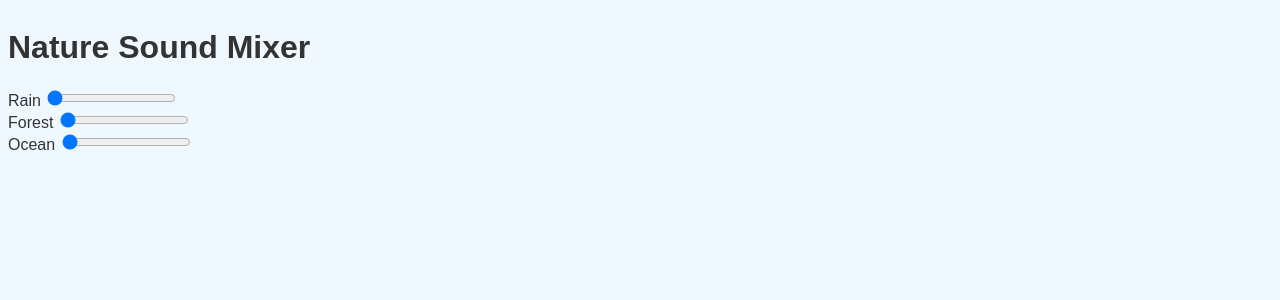
Repository: Suonii/nature-sound-mixer
Page: index.html
An editor plug-in stored every save of this project. The page is shown before and after a run of saves, followed by the edit.
The browser window is 1280 px wide. The pictures show the whole page.

Above is the page before, as saved 2024-07-24 09:54:46.

### index.html
<!DOCTYPE html>
<!-- Declares the document type and version of HTML-->
<html lang="en">
<!-- Sets the language attribute to english-->
<head>
    <!--sets the character encoding for the document UTF-8-->
    <meta charset="UTF=8">
    <!--ensures the page is responsive to different screen sizes and sets the viewport(the visible area of a webpage)-->
    <meta name="viewport" content="width=device-width, initial-scale=1.0">
    <!--the title of the webpage, displayed in the browser tab-->
    <title>Nature Sound Mixer</title>
    <!--links to the external css file for styling the webpage-->
    <link rel="stylesheet" href="styles.css">

</head>
<body>
    <!--The main container for te content of the web page-->
    <div class="container">
        <!--header title for the nature sound mixer-->
        <h1>Nature Sound Mixer</h1>

        <!--sound control section for rain sound-->
        <div class="sound control" id="rain">
            <!--label for the rain volume slider-->
            <label for="rain-slider">Rain</label>
            <!--Range input slider for controlling rain sound volume-->
            <input type="range" min="0" max="1" step="0.01" value="0" class="volume-slider" id="rain-slider">
    </div>

    <!--sound control section for forest sound-->
    <div class="sound-control" id="forest">
        <!--label for the forest volume slider-->
        <label for="forest-slider">Forest</label>
        <!--Range input slider for controlling forest sound volume -->
        <input type="range" min="0" max="1" step="0.01" value="0" class="volume-slider" id="forest-slider">
    </div>

    <!--sound control section for ocean sound-->
    <div class=" sound-control" id="ocean">
        <!--label for the volume slider-->
        <label for="ocean-slider">Ocean</label>
        <!--range input slider for controlling ocean sound volume-->
        <input type="range" min="0" max="1" step="0.01" value="0" class="volume-slider" id="ocean-slider">
    </div>
</div>
<!--links to the external javascript file for adding functionality-->
<script src="script.js"></script>
</body>
</html>

### styles.css
/*basic styling for the body element*/
body {
    /*sets the font family for the body text*/
    font-family: Arial, sans-serif;
    /*background color of the page*/
    background-color: #f0f8ff;
    /*text color for the page*/
    color: #333;
    /* centers the container vertically and horizontally*/
    display: flex;
    justify-content: ;
}

Loaded but not shown: script.js (no copy from this time; the picture is the same without it)

After the next 5 saves:
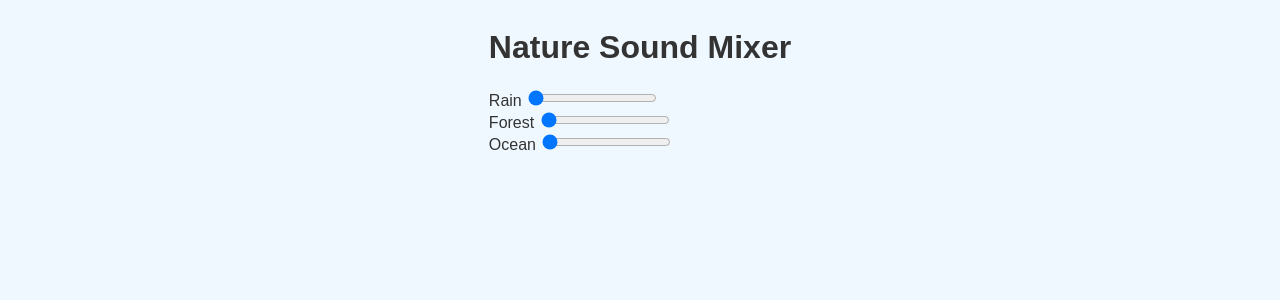
The 5 saves are shown as one change because they came seconds apart.
The last was saved 13 s later.
--- a/styles.css
+++ b/styles.css
@@ -8,5 +8,7 @@ body {
     color: #333;
     /* centers the container vertically and horizontally*/
     display: flex;
-    justify-content: ;
+    justify-content: center;
+    align-items: center;
+    /**/
 }
